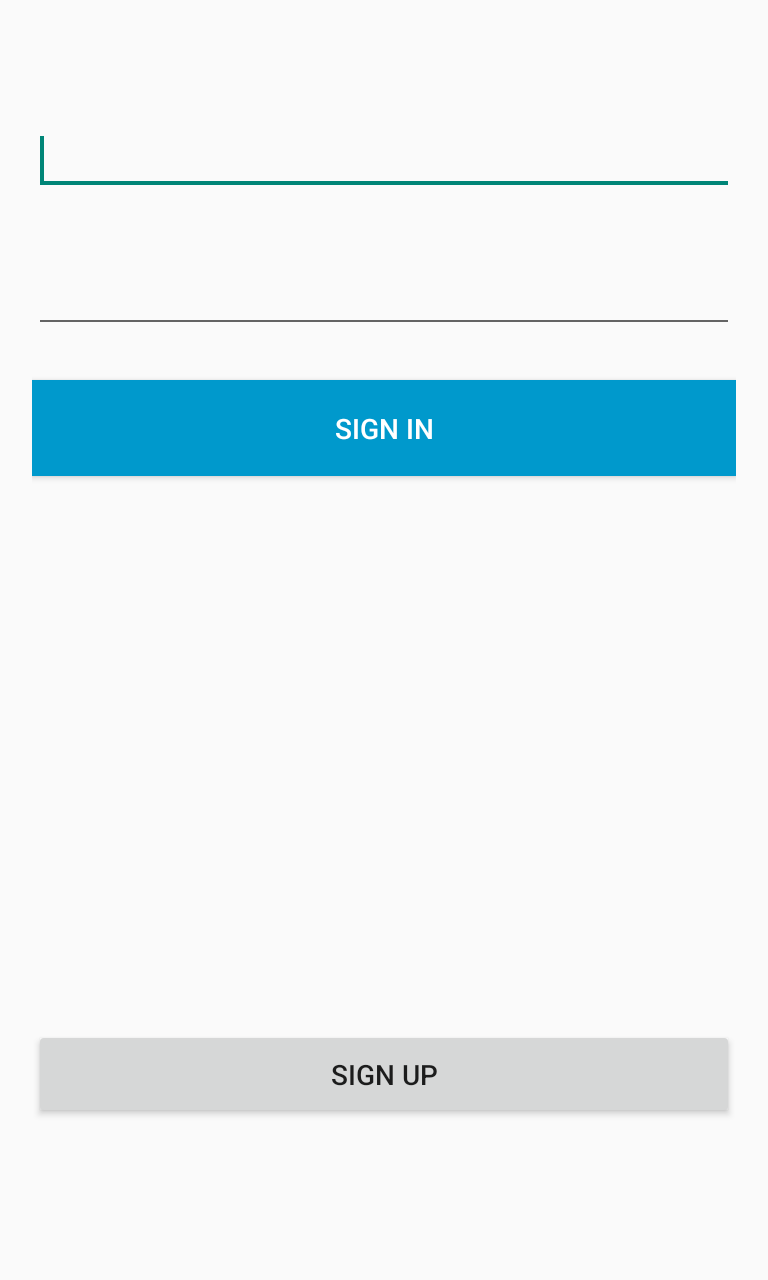
Repository: uditha2233/Anything
Layout: Local Android/AnyThing/AnyThing/res/layout/fragment_login.xml
These files come from the project's save history. The layout is drawn as it stood at one moment and after the next save; the edit follows.
It is drawn on a 768 x 1280 px phone screen (xhdpi) without system bars, with theme AppTheme; the app's code is not run.

Above is the layout before, as saved 2014-05-29 03:37:56.

After the next save:
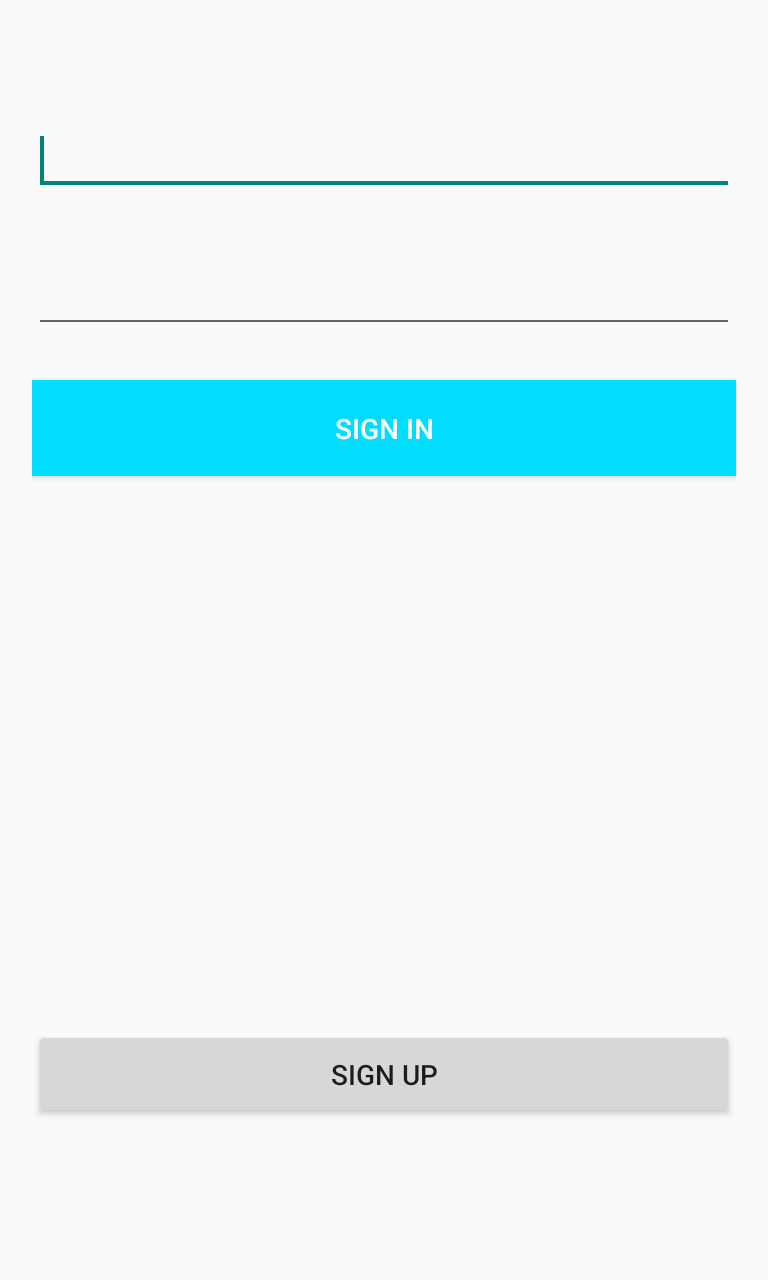
Saved 10 s later.
--- a/Local Android/AnyThing/AnyThing/res/layout/fragment_login.xml
+++ b/Local Android/AnyThing/AnyThing/res/layout/fragment_login.xml
@@ -43,7 +43,7 @@
         android:layout_marginTop="21dp"
         android:text="@string/signin"
         android:onClick="login"
-        android:background="@android:color/holo_blue_dark"
+        android:background="@android:color/holo_blue_bright"
         android:textColor="@android:color/white"/>
 
     <Button
